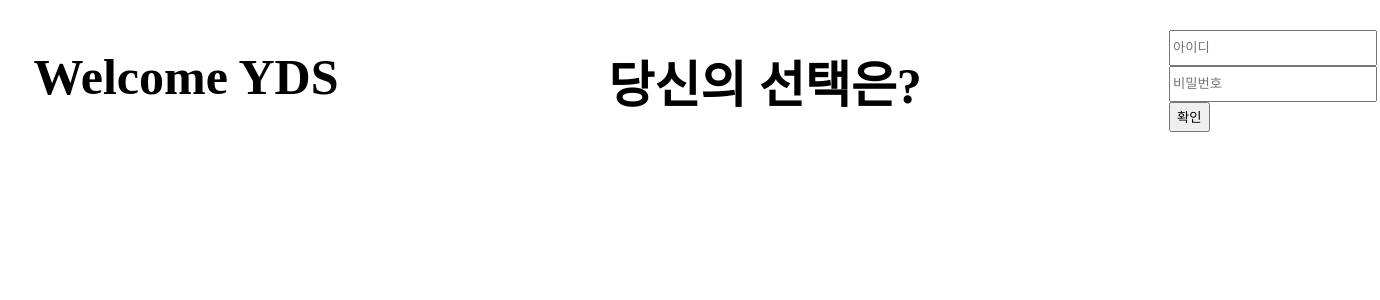
Repository: ejrtn/springbootMaven
Page: deoksu/src/main/resources/static/header.html
An editor plug-in stored every save of this project. The page is shown before and after the next save, followed by the edit.
The browser window is 1280 px wide. The page is 1380 px wide, then 1280 px, so the pictures cover 1380 px, including what lies to the right of the window. The pictures show the whole page.

Above is the page before, as saved 2021-04-10 17:09:20.

After the next save:
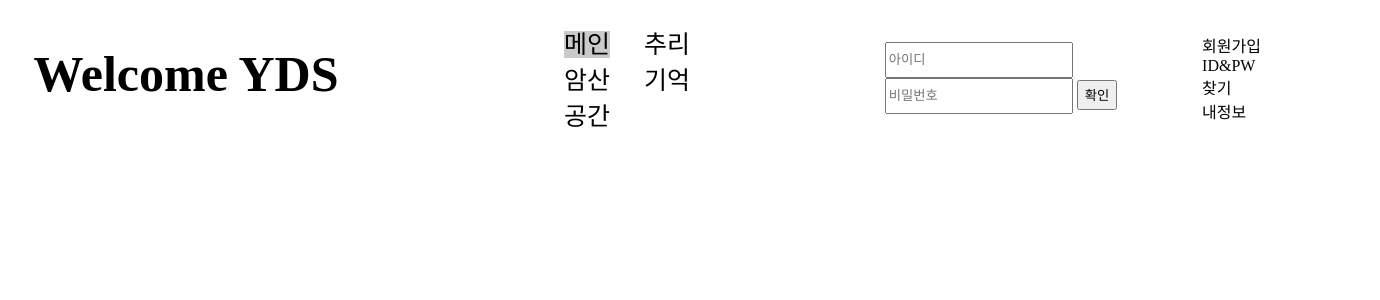
Saved 4 min 55 s later.
--- a/deoksu/src/main/resources/static/header.html
+++ b/deoksu/src/main/resources/static/header.html
@@ -5,22 +5,30 @@
 <title>Insert title here</title>
 </head>
 <body>
-	<div align="center">
-		<table>
+	<table>
 			<tr>
-				<td>
-					<h1 align="center" style="font-size: 50px; width: 350px; height:66px;">Welcome YDS</h1>
+				<td style="width: 350px;">
+					<h1 align="center" style="font-size: 50px; width: 350px; height:66px; cursor: pointer;" onclick="location.href='/'">Welcome YDS</h1>
 				</td>
-				<td>
-					<h1 align="center"  style="font-size: 50px; width: 400px; margin-left: 200px; margin-right: 200px;">당신의 선택은?</h1>
+				<td style="padding-left: 200px; padding-right: 100px; width: 450px;">
+					<label style="font-size: 25px; cursor: pointer; background-color: #9e9e9e8c; margin-right: 30px;" onclick="location.href='/'">메인</label>
+					<label style="font-size: 25px; cursor: pointer; margin-right: 30px;" onclick="location.href='sudoku'">추리</label>
+					<label style="font-size: 25px; cursor: pointer; margin-right: 30px;" onclick="location.href='math'">암산</label>
+					<label style="font-size: 25px; cursor: pointer; margin-right: 30px;" onclick="location.href='memorization'">기억</label>
+					<label style="font-size: 25px; cursor: pointer; margin-right: 30px;" onclick="location.href='space'">공간</label>
 				</td>
-				<td>
-					<input type="text" placeholder="아이디" style="height: 30px; width: 200px;">
-					<input type="text" placeholder="비밀번호" style="height: 30px; width: 200px;">
+				<td style="padding-left: 50px; width: 450px;">
+					<input type="text" placeholder="아이디" style="height: 30px; width: 180px;">
+					<input type="password" placeholder="비밀번호" style="height: 30px; width: 180px;">
 					<input type="button" value="확인" style="height: 30px;">
+<!-- 					<label>000님 로그인</label><input type="button" value="로그아웃" style="margin-left: 20px;"> -->
+				</td>
+				<td style="padding-left: 50px; width: 100px;">
+					<label onmouseover="join(1)" onmouseout="join(2)" id="join" style="cursor: pointer;" onclick="joinclick()">회원가입</label><br>
+					<label onmouseover="idpw(1)" onmouseout="idpw(2)" id="idpw" style="cursor: pointer;" onclick="idpwclick()">ID&PW찾기</label><br>
+					<label onmouseover="info(1)" onmouseout="info(2)" id="info" style="cursor: pointer;" onclick="infoclick()">내정보</label><br>
 				</td>
 			</tr>
 		</table>
-	</div>
 </body>
 </html>
